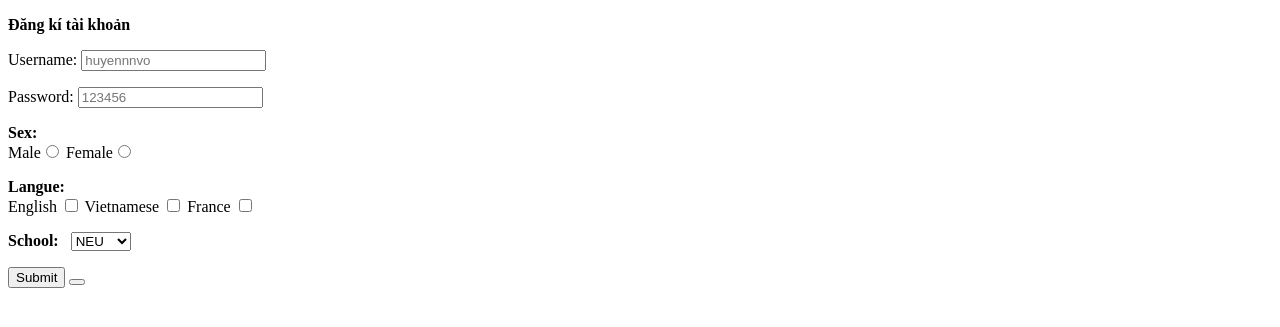
Repository: huyennvo/ptcudw
Page: lesson2/form.html
An editor plug-in stored every save of this project. The page is shown before and after the next save, followed by the edit.
The browser window is 1280 px wide. The pictures show the whole page.

Above is the page before, as saved 2022-08-08 09:38:42.

After the next save:
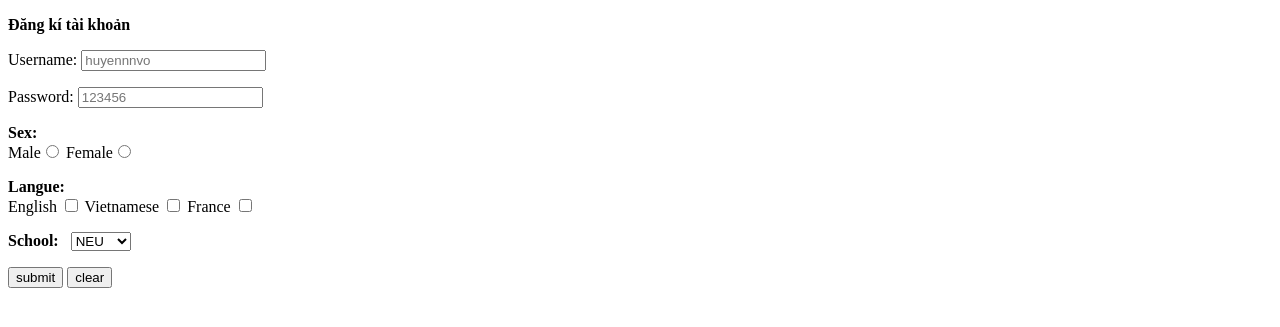
Saved 65 s later.
--- a/lesson2/form.html
+++ b/lesson2/form.html
@@ -40,8 +40,8 @@
         </Select>
     </p>
     <p>
-        <button type="submit" value="submit">Submit</button>
-        <button type="reset" value="clear"></button>
+        <input type="submit" value="submit">
+        <input type="reset" value="clear">
     </p>
 </body>
 </html>
